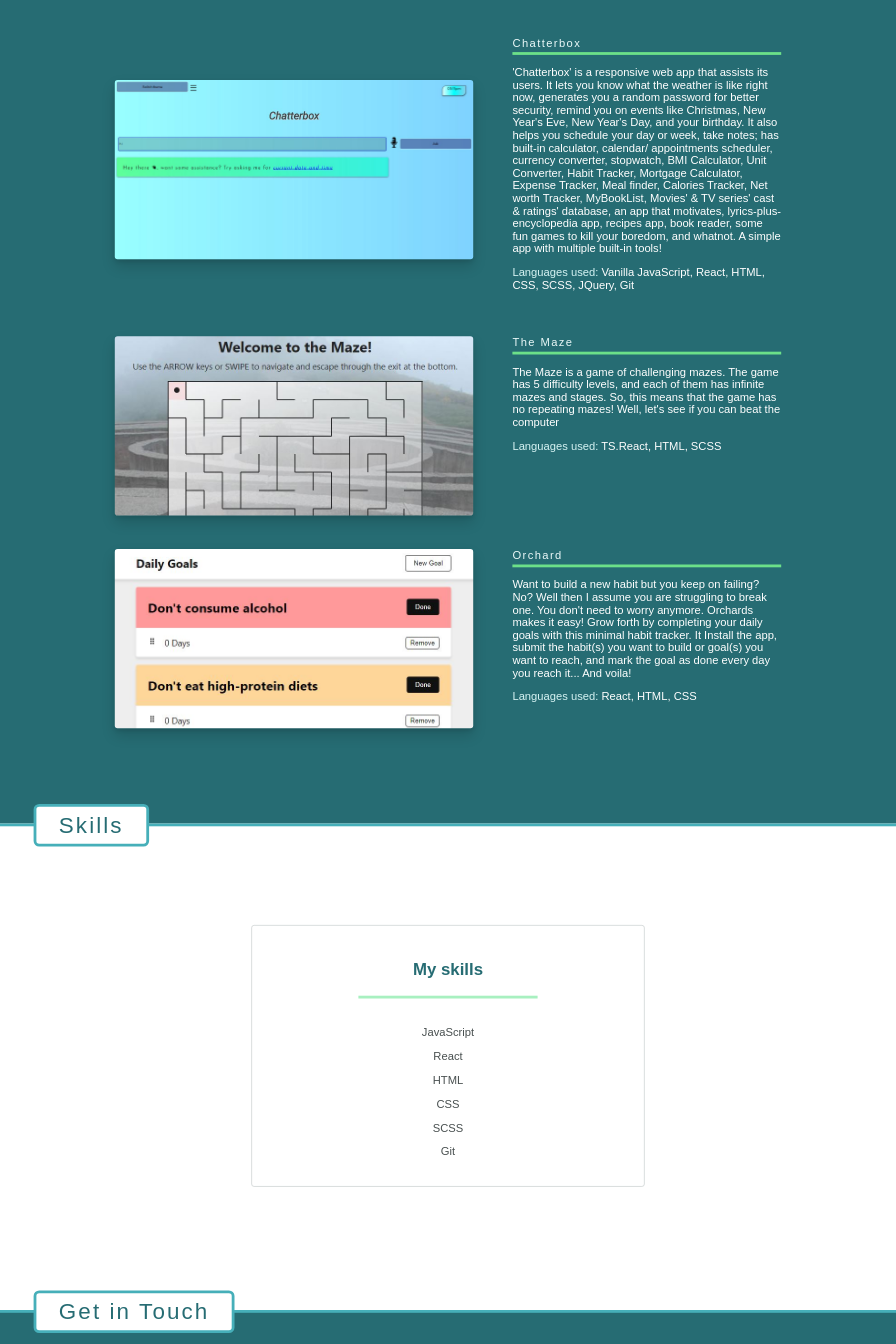
Repository: Abbaskhurram255/port
Page: /
The author's editor kept a copy of each file at every save. The page is drawn from the files as they stood at one save, then again after the next save.
The browser window is 1280 px wide. The pictures show the part of the page from y = 919 to 2839 px (the page is 3086 px tall), at 70% of full size.
The page's requests for data from a server got no answer. Some web fonts or font styles are not loaded; a fallback is used. Some web libraries are served in a nearby version. The project was rebuilt for these pictures with package versions that can differ from the ones it lists, and the page was loaded fresh each time. No one was signed in, and anything a server would have sent is missing.

Above is the page before, as saved 2021-01-02 03:01:59.

After the next save:
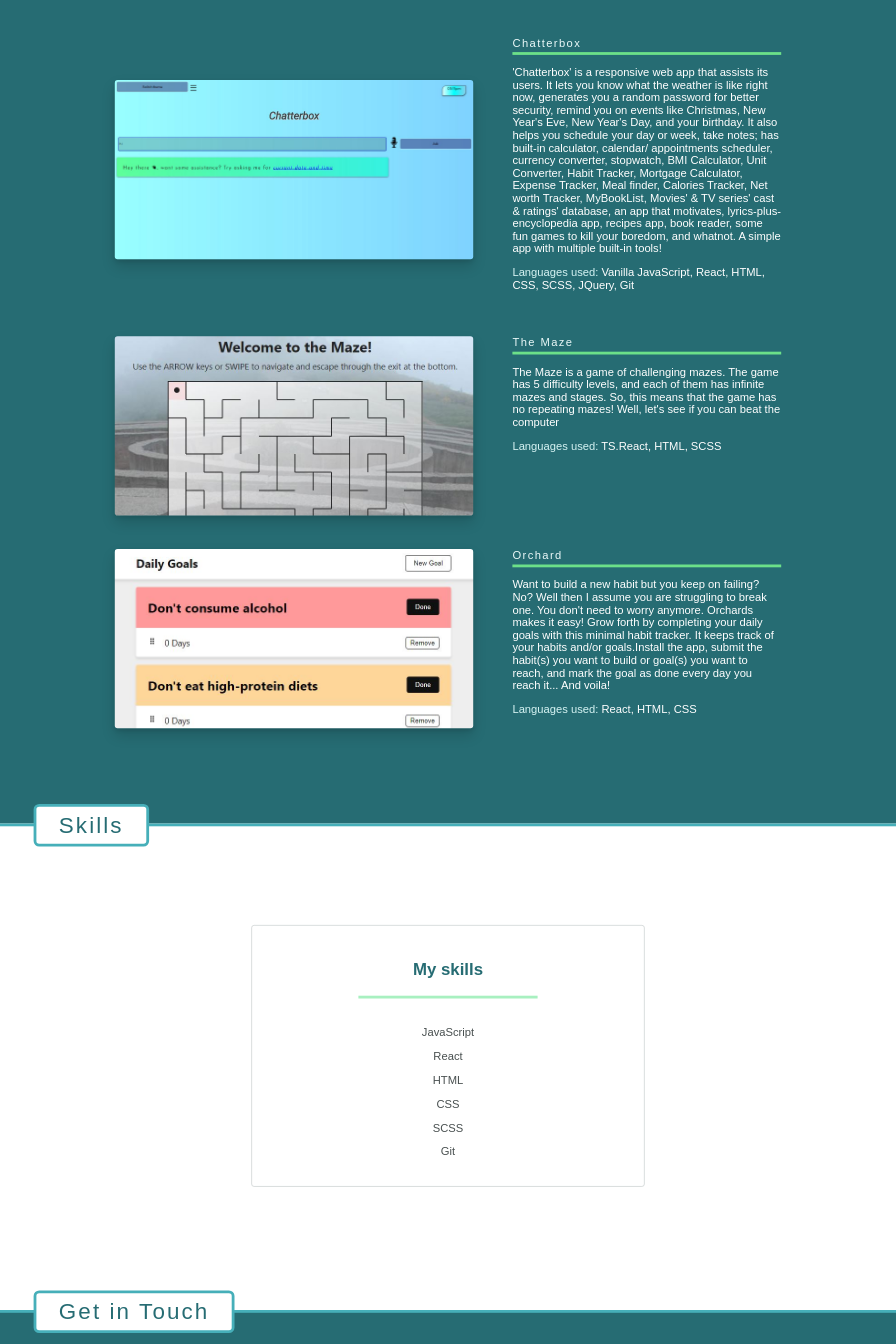
Saved 25 s later.
--- a/src/utils/data.ts
+++ b/src/utils/data.ts
@@ -32,7 +32,7 @@
   },
   {
     description:
-      "Want to build a new habit but you keep on failing? No? Well then I assume you are struggling to break one. You don't need to worry anymore. Orchards makes it easy! Grow forth by completing your daily goals with this minimal habit tracker. It Install the app, submit the habit(s) you want to build or goal(s) you want to reach, and mark the goal as done every day you reach it... And voila!",
+      "Want to build a new habit but you keep on failing? No? Well then I assume you are struggling to break one. You don't need to worry anymore. Orchards makes it easy! Grow forth by completing your daily goals with this minimal habit tracker. It keeps track of your habits and/or goals.Install the app, submit the habit(s) you want to build or goal(s) you want to reach, and mark the goal as done every day you reach it... And voila!",
     image: "orchard",
     name: "Orchard",
     androidVLink: "https://github.com/Abbaskhurram255/habit-builder/raw/main/android/orchard.apk?raw=true",
